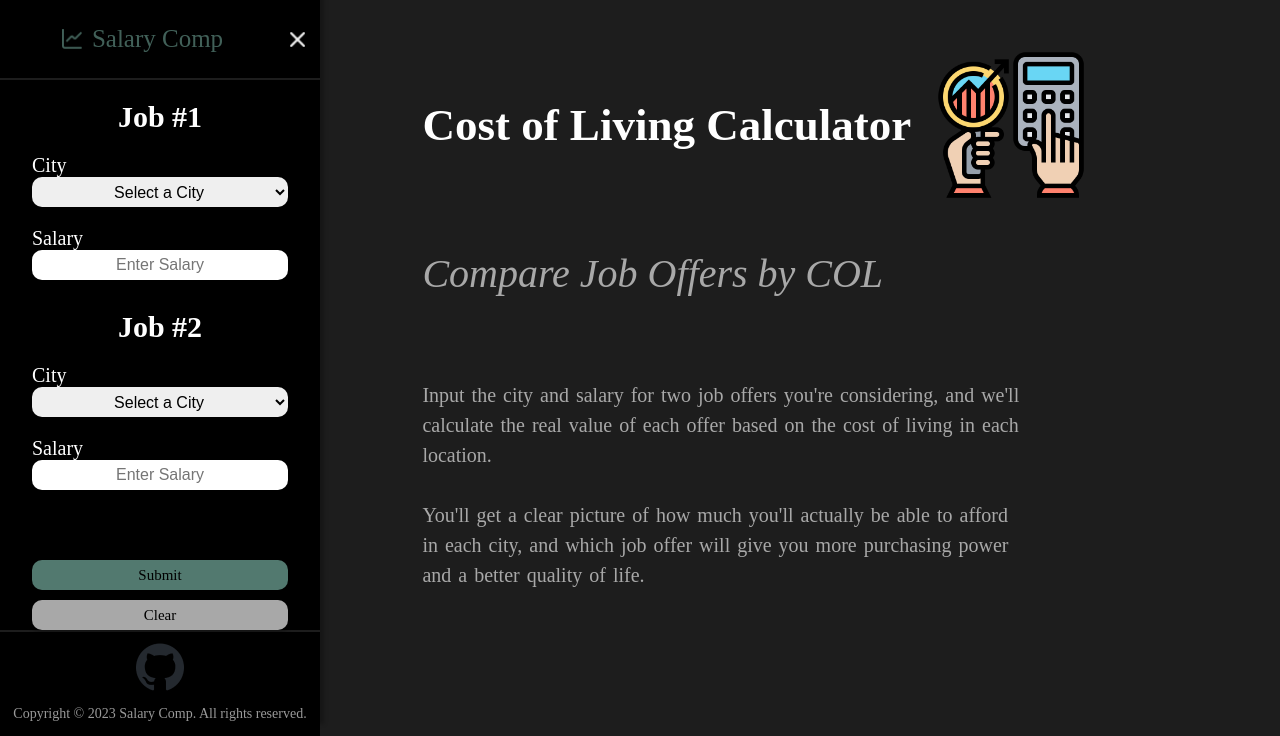
Repository: robbymcd/Salary-Comp
Page: /
These files come from the project's save history. The page is drawn as it stood at one moment and after the next save; the edit follows.
The browser window is 1280 px wide. The pictures show the whole page.
Some web fonts or font styles are not loaded; a fallback is used. The project was rebuilt for these pictures with package versions that can differ from the ones it lists, and the page was loaded fresh each time. Also part of the build but not shown: src/Main.css, src/Main.js.

Above is the page before, as saved 2023-06-16 10:54:20.

After the next save:
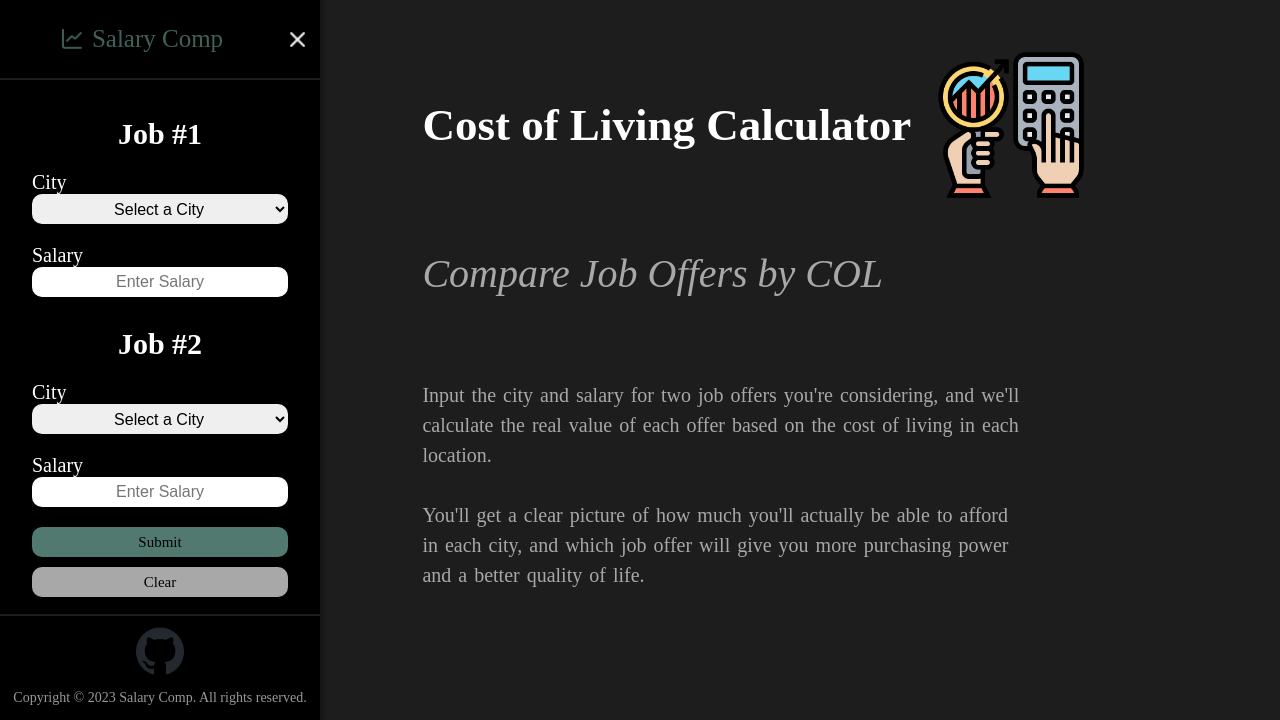
Saved 42 s later.
--- a/src/Sidebar.css
+++ b/src/Sidebar.css
@@ -36,7 +36,6 @@
     display: flex;
     flex-direction: column;
     gap: 10px;
-    margin-top: 50px;
 }
 
 .submit-container {
